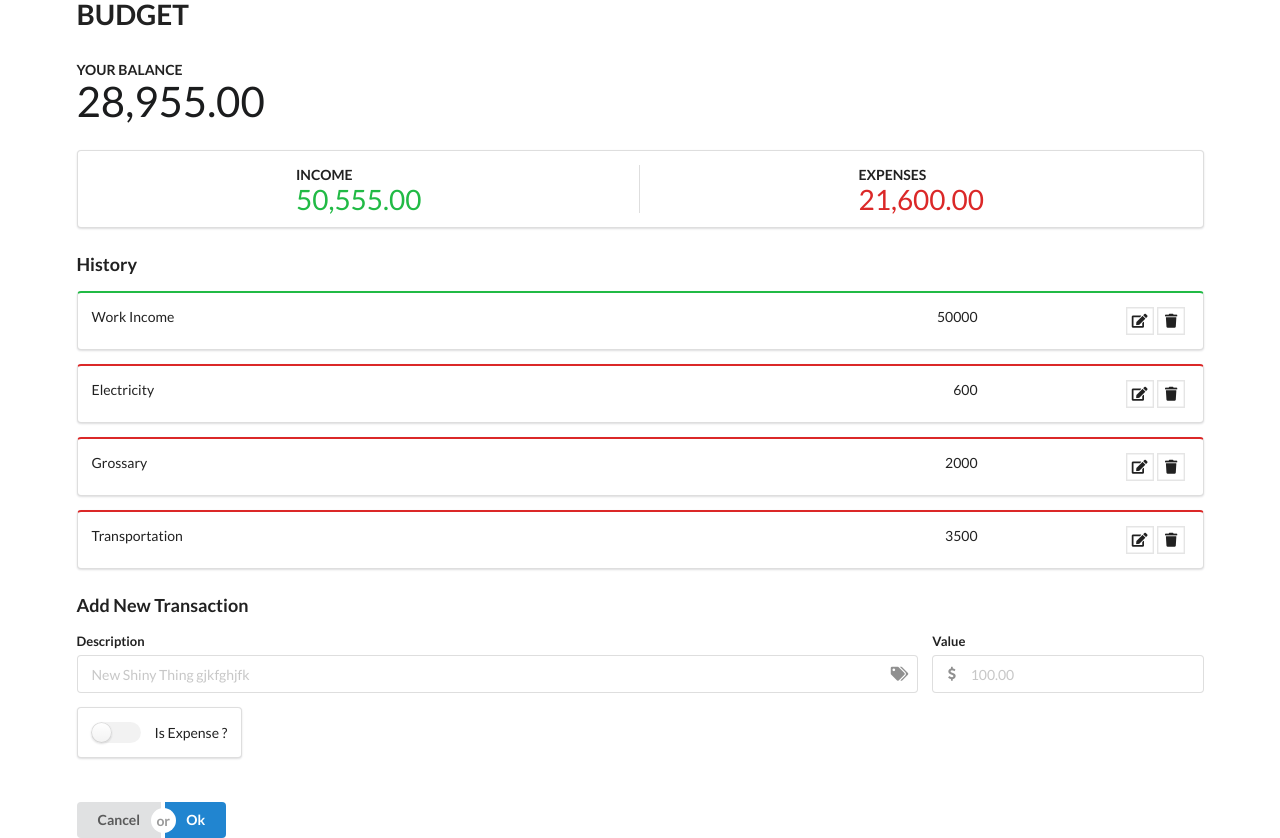
Repository: farrdy/budgets-react
Page: /
An editor plug-in stored every save of this project. The page is shown before and after the next save, followed by the edit.
The browser window is 1280 px wide. The pictures show the whole page.
The project was rebuilt for these pictures with package versions that can differ from the ones it lists, and the page was loaded fresh each time.

Above is the page before, as saved 2022-03-20 15:36:14.

### src/App.js
import {Container, Header } from 'semantic-ui-react';
import MainHeader from './components/MainHeader';
import NewEntryForm from './components/NewEntryForm';
import DisplayBalance from './components/DisplayBalance'
import DisplayBalances from './components/DisplayBalances';
import { useState } from 'react';
import EntryLines from './components/EntryLines';

function App() {

 const [entries, setEntries]=useState(initialEntries)

 function deleteEntry(id) {
  const result=entries.filter(entry=>entry.id!==id)
  setEntries(result);
}
function addEntry(Description, Value){
  const result=  entries.concat({id: entries.length+1,
     Description:Description,
     Value:Value});

      console.log(`result`, result);
      console.log(`entries`, entries);
     setEntries(result);
}
  return (
    <Container>
      <MainHeader />
      <DisplayBalance title="Your Balance" Value="28,955.00" Color="black" size="small" />
      <DisplayBalances/>
      <Header as='h3'>History</Header>
      <EntryLines entries={entries} deleteEntry={deleteEntry}/>
      <Header as='h3'>
        Add New Transaction
      </Header>
      <NewEntryForm addEntry={addEntry} />
    </Container>
  );
}

export default App;

var initialEntries=[
  {
    id:1,
    Description:'Work Income',
    Value:"50000" ,
    isExpense:false
  },
  {
    id:2,
    Description:'Electricity',
    Value:"600" ,
    isExpense:true
  },
  {
    id:3,
    Description:'Grossary',
    Value:"2000" ,
    isExpense:true
  },
  {
    id:4,
    Description:'Transportation',
    Value:"3500" ,
    isExpense:true
  }
]

### src/components/MainHeader.js
import React from 'react';
import { Header } from 'semantic-ui-react';

function MainHeader(props) {
    return <Header as='h1'>BUDGET</Header>
}

export default MainHeader;

### src/components/NewEntryForm.js
import React, { useState } from 'react';
import { Checkbox, Form, Segment } from 'semantic-ui-react';
import ButtonSaveOrCancel from './ButtonSaveOrCancel';

function NewEntryForm({addEntry}) {
const [Description, setDescription] = useState('');
const [Value, setValue] = useState('');
const [isExpense, setIsExpense] = useState(false)

    return (

        <Form unstackable >
            <Form.Group>
                <Form.Input
                    icon='tags'
                    width={12}
                    label='Description'
                    placeholder='New Shiny Thing gjkfghjfk'
                    value={Description}
                    onChange={(event)=>setDescription(event.target.value)}
                />
                <Form.Input
                    icon='dollar'
                    width={4}
                    label='Value'
                    iconPosition='left'
                    placeholder='100.00'
                    value={Value}
                    onChange={(event)=>setValue(event.target.value)}
                />
            </Form.Group>
            <Segment compact>
                <Checkbox toggle label='Is Expense ?'/>
            </Segment>
            <ButtonSaveOrCancel addEntry={addEntry}  Description={Description} Value={Value}/>

        </Form>

    );
}

export default NewEntryForm;

### src/components/DisplayBalance.js
import React from 'react';
import { Statistic } from 'semantic-ui-react'

function DisplayBalance({ title, Value, Color = "black", size = 'tiny' }) {
    return (
        <Statistic size={size} color={Color}>
            <Statistic.Label style={{ textAlign: 'left' }}>
                {title}
            </Statistic.Label>
            <Statistic.Value>
                {Value}
            </Statistic.Value>

        </Statistic>
    );
}

export default DisplayBalance;

### src/components/DisplayBalances.js
import React from 'react';
import { Grid, Segment } from 'semantic-ui-react';
import DisplayBalance from './DisplayBalance';

const DisplayBalances = () => {
    return (
        <Segment textAlign='center'>
        <Grid columns={2} divided>
          <Grid.Row>
            <Grid.Column>
              <DisplayBalance title="Income" Value="50,555.00" Color="green" />
            </Grid.Column>
            <Grid.Column>
              <DisplayBalance title="Expenses" Value="21,600.00" Color="red" /></Grid.Column>
          </Grid.Row>
        </Grid>
      </Segment>
    );
};

export default DisplayBalances;

### src/components/EntryLines.js
import React from 'react';
import { Container } from 'semantic-ui-react';
import EntryLine from './EntryLine';

const EntryLines = ({entries, deleteEntry}) => {
    return (
      <Container>
            {entries.map((entry)=>
            <EntryLine
                key={entry.id}
               {...entry}
               deleteEntry= {deleteEntry}

            />
            )}
      </Container>
    );
};

export default EntryLines;

### src/components/ButtonSaveOrCancel.js
import React from 'react';
import { Button } from 'semantic-ui-react';

function ButtonSaveOrCancel({addEntry, Description, Value}) {
    return (
        <Button.Group style={{ marginTop: 30 }}>
            <Button>Cancel</Button>
            <Button.Or></Button.Or>
            <Button primary onClick={()=>addEntry(Description, Value)}>Ok</Button>
        </Button.Group>
    );
}

export default ButtonSaveOrCancel;

### src/components/EntryLine.js
import React from 'react';
import { Grid, Icon, Segment } from 'semantic-ui-react';

const EntryLine = ({id, Description, Value, isExpense=false, deleteEntry}) => {
    return (
        <Segment color={isExpense? 'red':'green'}>
        <Grid columns={3} textAlign='right'>
          <Grid.Row>
            <Grid.Column width={10} textAlign='left'>{Description}</Grid.Column>
            <Grid.Column width={3} textAlign='right'>{Value}</Grid.Column>
            <Grid.Column width={3}>
              <Icon name='edit' bordered />
              <Icon name='trash' bordered onClick={()=>deleteEntry(id)} />
            </Grid.Column>
          </Grid.Row>
        </Grid>
      </Segment>
    );
};

export default EntryLine;

Loaded but not shown: public/index.html (common file); src/index.js (common file); src/index.css (common file); src/reportWebVitals.js (common file)

After the next save:
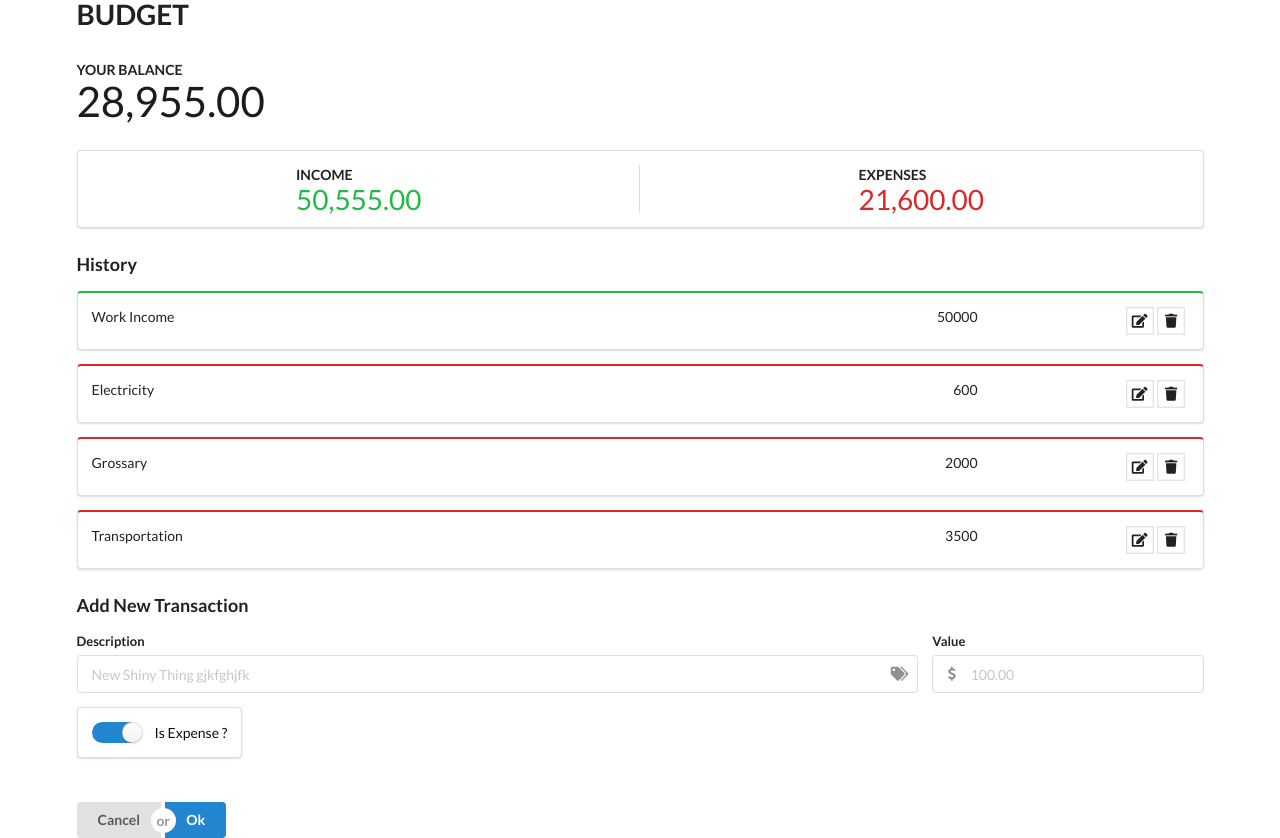
Saved 2 min 2 s later.
--- a/src/components/NewEntryForm.js
+++ b/src/components/NewEntryForm.js
@@ -5,7 +5,7 @@ import ButtonSaveOrCancel from './ButtonSaveOrCancel';
 function NewEntryForm({addEntry}) {
 const [Description, setDescription] = useState('');
 const [Value, setValue] = useState('');
-const [isExpense, setIsExpense] = useState(false)
+const [isExpense, setIsExpense] = useState(true)
 
     return (
 
@@ -30,7 +30,7 @@ const [isExpense, setIsExpense] = useState(false)
                 />
             </Form.Group>
             <Segment compact>
-                <Checkbox toggle label='Is Expense ?'/>
+                <Checkbox toggle label='Is Expense ?' checked={isExpense}/>
             </Segment>
             <ButtonSaveOrCancel addEntry={addEntry}  Description={Description} Value={Value}/>
 
